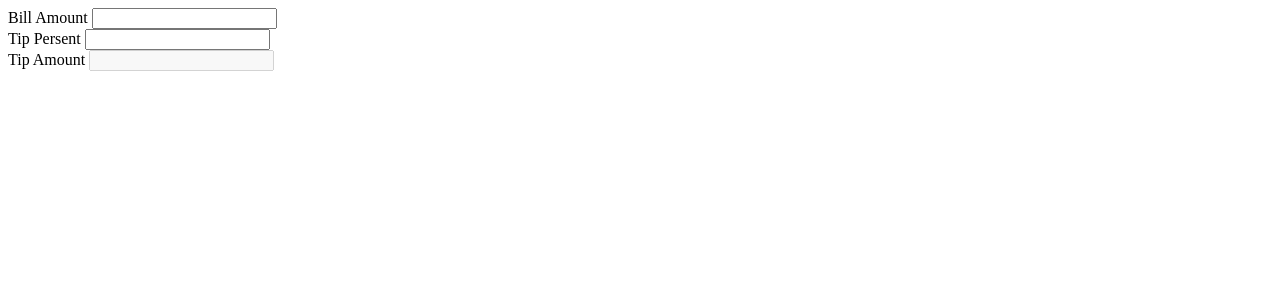
Repository: ZainAkbar51214/Tip-Calculator
Page: index.html
These files come from the project's save history. The page is drawn as it stood at one moment and after the next save; the edit follows.
The browser window is 1280 px wide. The pictures show the whole page.

Above is the page before, as saved 2024-03-25 09:45:37.

After the next save:
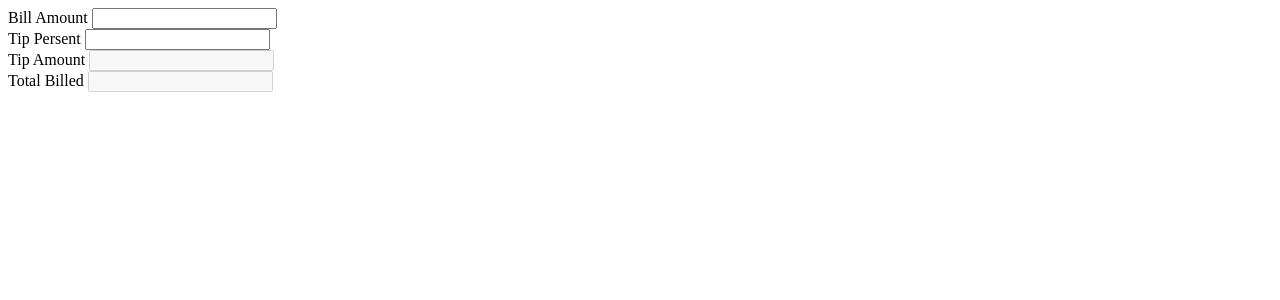
Saved 18 s later.
--- a/index.html
+++ b/index.html
@@ -19,6 +19,9 @@
                     <label>Tip Amount</label>
                     <input type="text" name="" id="tip_total" disabled>
                     <br>
+                    <label>Total Billed</label>
+                    <input type="text" name="" id="tip_total" disabled>
+                    <br>
                 </div>
             </div>
         </div>
